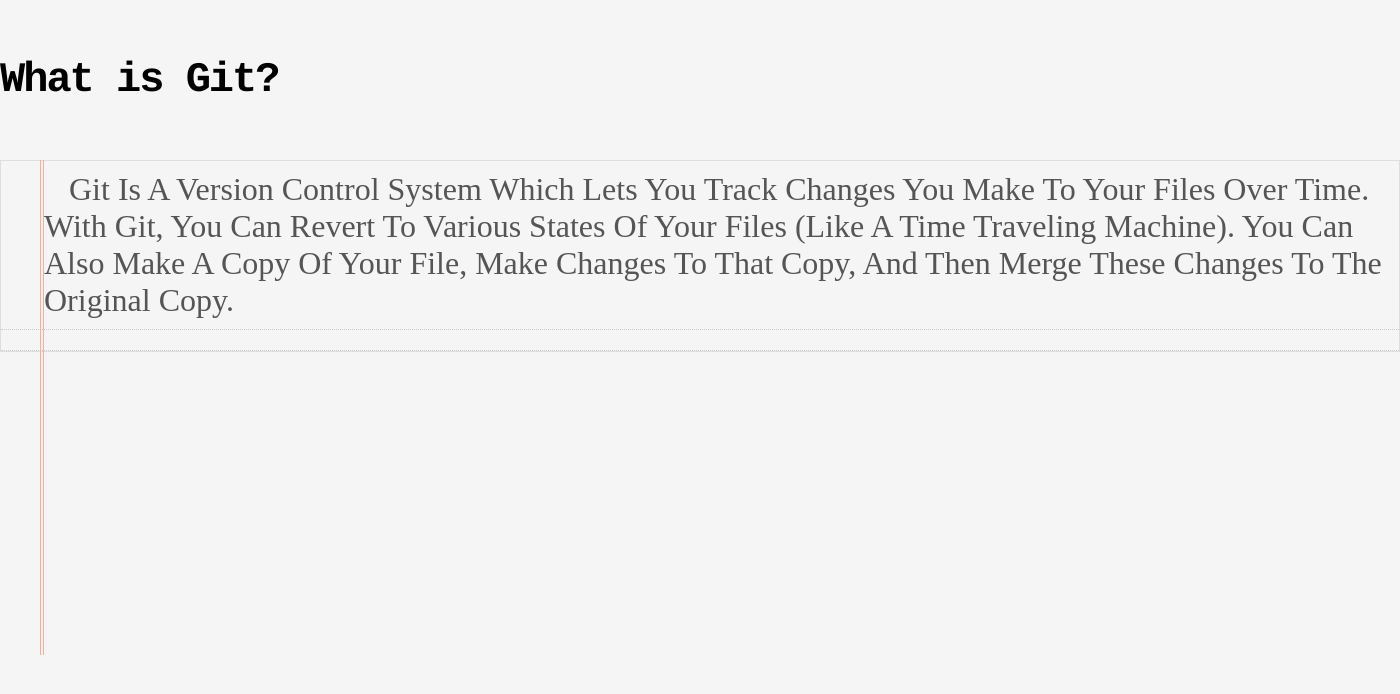
Repository: dev-singh-kanyal/Archive-git_github
Page: src/what is git.html
An editor plug-in stored every save of this project. The page is shown before and after a run of saves, followed by the edit.
The browser window is 1280 px wide. The page is 1400 px wide, so the pictures cover 1400 px, including what lies to the right of the window. The pictures show the whole page.
Some web fonts or font styles are not loaded; a fallback is used.

Above is the page before, as saved 2022-06-24 16:22:50.

### src/what is git.html
<!DOCTYPE HTML>
<html>

<head>
   <meta charset="UTF-8">
   <title>CSS Theme: Notepad</title>
   <link rel="stylesheet" href="/src/style.css">
   <link href="https://fonts.googleapis.com/css2?family=Reenie+Beanie&display=swap" rel="stylesheet">
</head>

<body>

    <h4>What is Git?</h4>

    <div class="lines"></div>

    <ul class="list">
      <li>Git is a version control system which lets you track changes you make to your files over time. With Git, you can revert to various states of your files (like a time traveling machine). You can also make a copy of your file, make changes to that copy, and then merge these changes to the original copy.</li>
      <li

        With Git, you can create an identical copy of that file and play around with the navigation bar. Then, when you are satisfied with your changes, you can merge the copy to the original file.

        You are not limited to using Git just for source code files – you can also use it to keep track of text files or even images. This means that Git is not just for developers – anyone can find it helpful.
    </ul>

</body>
</html>

### src/style.css
body {
    background-color: #f5f5f5;
    width: 1400px;
    margin: 0 auto;
    padding: 0;
  }
  h4 {
    color: #000000;
    font-size: 42px;
    letter-spacing: -2px;
    font-family: courier, monospace;
    text-align: left;
  }
  a {
    text-decoration: none;
    color: inherit;
  }
  .list {
    color: #555;
    /* font-size: 22px; */
    padding: 0 !important;
    width: auto;
    font-family: 'Reenie Beanie';
    font-size: 2rem;
    border: 1px solid #dedede;
  }
  .list li {
    list-style: none;
    border-bottom: 1px dotted #ccc;
    text-indent: 25px;
    height: auto;
    padding: 10px;
    text-transform: capitalize;
  }
  .list li:hover {
    background-color: #f0f0f0;
    -webkit-transition: all 0.2s;
    -moz-transition:    all 0.2s;
    -ms-transition:     all 0.2s;
    -o-transition:      all 0.2s;
  }
  .lines {
    border-left: 1px solid #ffaa9f;
    border-right: 1px solid #ffaa9f;
    width: 2px;
    float: left;
    height: 495px;
    margin-left: 40px;
  }

After the next 8 saves:
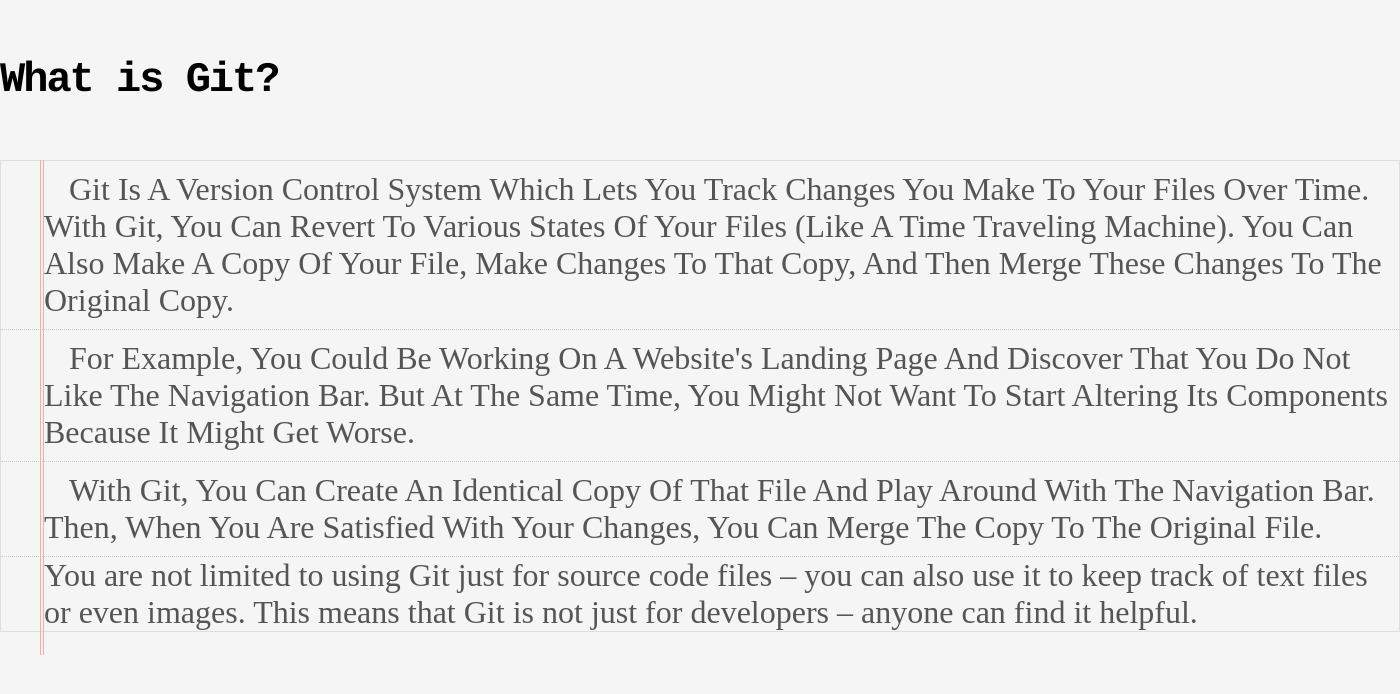
The 8 saves are shown as one change because they came seconds apart.
The last was saved 20 s later.
--- a/src/what is git.html
+++ b/src/what is git.html
@@ -16,9 +16,9 @@
 
     <ul class="list">
       <li>Git is a version control system which lets you track changes you make to your files over time. With Git, you can revert to various states of your files (like a time traveling machine). You can also make a copy of your file, make changes to that copy, and then merge these changes to the original copy.</li>
-      <li
+      <li>For example, you could be working on a website's landing page and discover that you do not like the navigation bar. But at the same time, you might not want to start altering its components because it might get worse.</li>
+      <li>With Git, you can create an identical copy of that file and play around with the navigation bar. Then, when you are satisfied with your changes, you can merge the copy to the original file.</li>
 
-        With Git, you can create an identical copy of that file and play around with the navigation bar. Then, when you are satisfied with your changes, you can merge the copy to the original file.
 
         You are not limited to using Git just for source code files – you can also use it to keep track of text files or even images. This means that Git is not just for developers – anyone can find it helpful.
     </ul>
